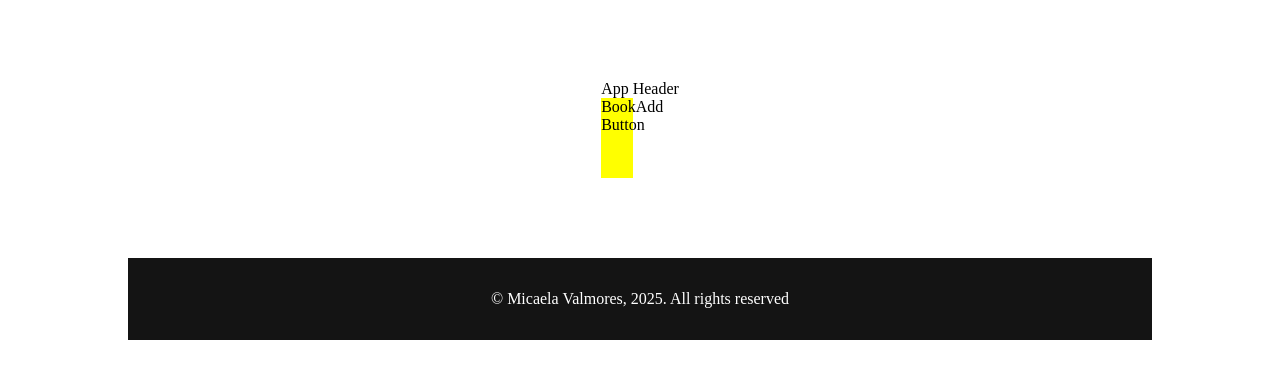
Repository: Micaelavalmores/COMP3170-Data-Fetching
Page: /
An editor plug-in stored every save of this project. The page is shown before and after a run of saves, followed by the edit.
The browser window is 1280 px wide. The pictures show the whole page.
The project was rebuilt for these pictures with package versions that can differ from the ones it lists, and the page was loaded fresh each time. Also part of the build but not shown: vite.config.js.

Above is the page before, as saved 2025-09-22 17:56:46.

### index.html
<!doctype html>
<html lang="en">
  <head>
    <meta charset="UTF-8" />
    <meta name="viewport" content="width=device-width, initial-scale=1.0" />
    <title>Book Catalog</title>
  </head>
  <body>
    <div id="root"></div>
    <script type="module" src="/src/main.jsx"></script>
  </body>
</html>

### src/index.css
body {
  margin: 0 auto;
}

.app {
  display: flex;
  flex-direction: column;
  width: 80%;
  margin: 0 auto;
  background: #fff;
  /* min-height: 100%; */
  justify-content: space-between;

  footer {
    padding: 0 2em;
    background: #141414;
    color: #fff;

    p {
        text-align: center;
        padding: 1em 0;
    }
  }

  .content {
    margin: 2em auto;
    padding: 3em;
  }

  .mainContent {
    height: 5em;
    width: 2em;
    background: yellow;
  }

}

### src/App.jsx
import Footer from "./components/Footer";
import Book from "./components/Book";
import AppHeader from "./components/AppHeader";
import AddButton from "./components/AddButton";


function App () {
  return (
    <div className="app">
      <section className="content">
        <AppHeader />
        <div className="mainContent">
          <Book />
          <AddButton />
        </div>
      </section>
        <Footer />
    </div>
  )
}

export default App;

### src/components/Footer.jsx
function Footer() {
    return (
        <footer>
            <p>&copy; Micaela Valmores, 2025. All rights reserved</p>
        </footer>
    );
}

export default Footer;

### src/components/Book.jsx
function Book () {
    return 'Book';
}

export default Book;

### src/components/AppHeader.jsx


function AppHeader () {
    return 'App Header';
}

export default AppHeader;

### src/components/AddButton.jsx
function AddButton () {
    return `Add Button`;
}

export default AddButton;

Loaded but not shown: src/main.jsx (common file)

After the next 2 saves:
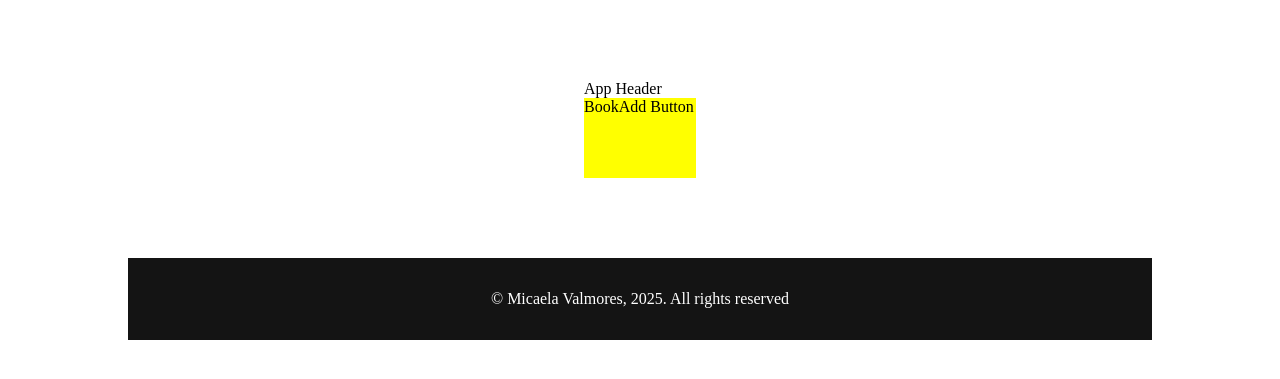
The 2 saves are shown as one change because they came seconds apart.
The last was saved 10 s later.
--- a/src/index.css
+++ b/src/index.css
@@ -29,7 +29,7 @@ body {
 
   .mainContent {
     height: 5em;
-    width: 2em;
+    width: 7em;
     background: yellow;
   }
 
